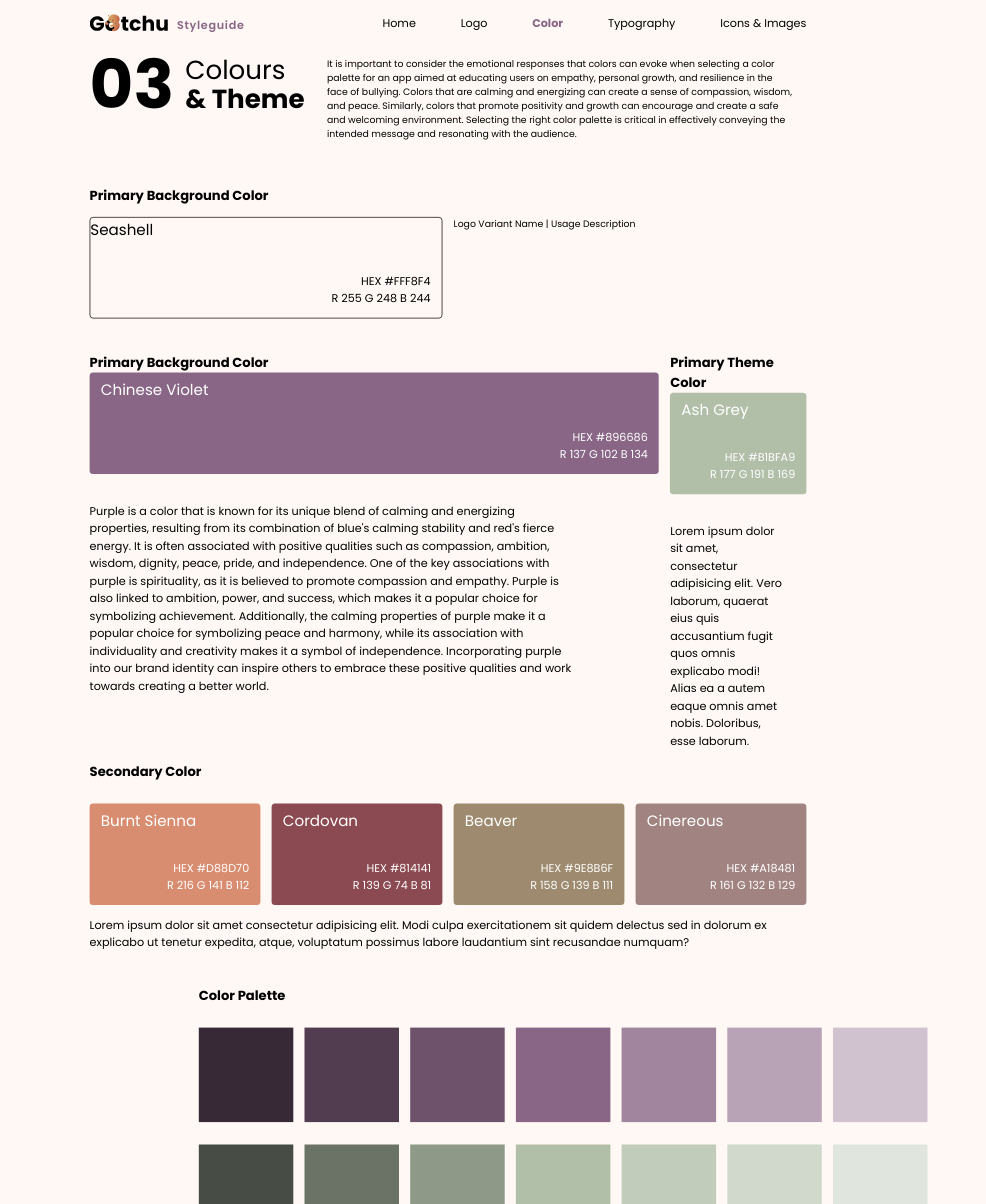
Repository: kionale/Antibullying-Project_Design-Guide
Page: color.html
The author's editor kept a copy of each file at every save. The page is drawn from the files as they stood at one save, then again after the next save.
The browser window is 1280 px wide. The page is 1408 px wide, so the pictures cover 1408 px, including what lies to the right of the window. The pictures show the part of the page from y = 0 to 1720 px (the page is 2511 px tall), at 70% of full size.

Above is the page before, as saved 2023-03-11 01:33:42.

After the next save:
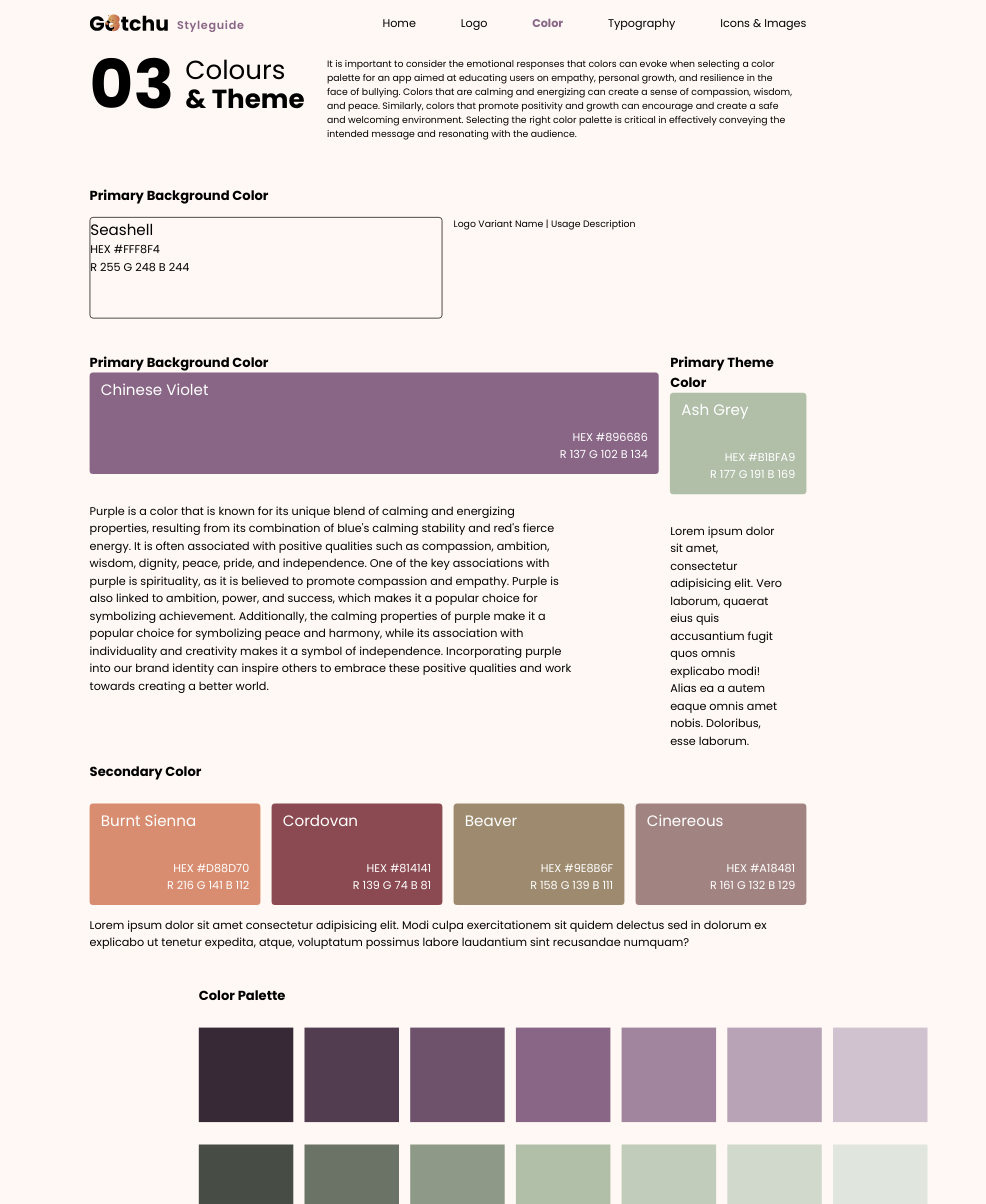
Saved 8 s later.
--- a/color.css
+++ b/color.css
@@ -215,21 +215,14 @@
 }
 
 .color_bgname {
+
     font-size: 1.35rem;
     color: black;
 }
 
-.hex {
-    position: absolute;
-    bottom: 2.5rem;
-    right: 1rem;
-}
-
-.RGB {
-    position: absolute;
-    bottom: 1rem;
-    right: 1rem;
-}
+.hex {}
+
+.RGB {}
 
 /* Primary Background Color (End) */
 

After the save that followed:
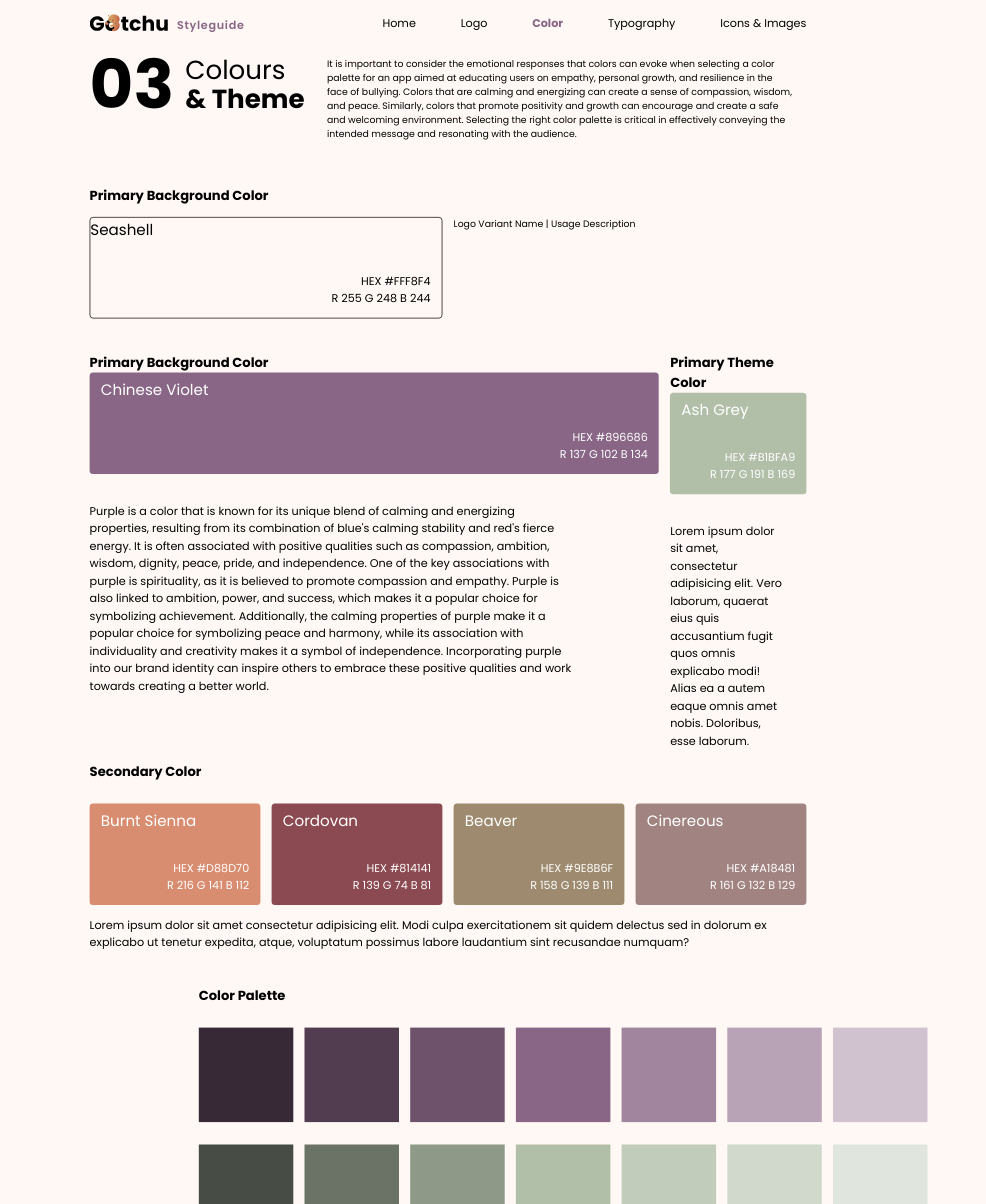
Saved 20 s later.
--- a/color.css
+++ b/color.css
@@ -215,14 +215,24 @@
 }
 
 .color_bgname {
-
+    position: absolute;
+    top: 0;
+    left: 0;
     font-size: 1.35rem;
     color: black;
 }
 
-.hex {}
-
-.RGB {}
+.hex {
+    position: absolute;
+    bottom: 2.5rem;
+    right: 1rem;
+}
+
+.RGB {
+    position: absolute;
+    bottom: 1rem;
+    right: 1rem;
+}
 
 /* Primary Background Color (End) */
 
